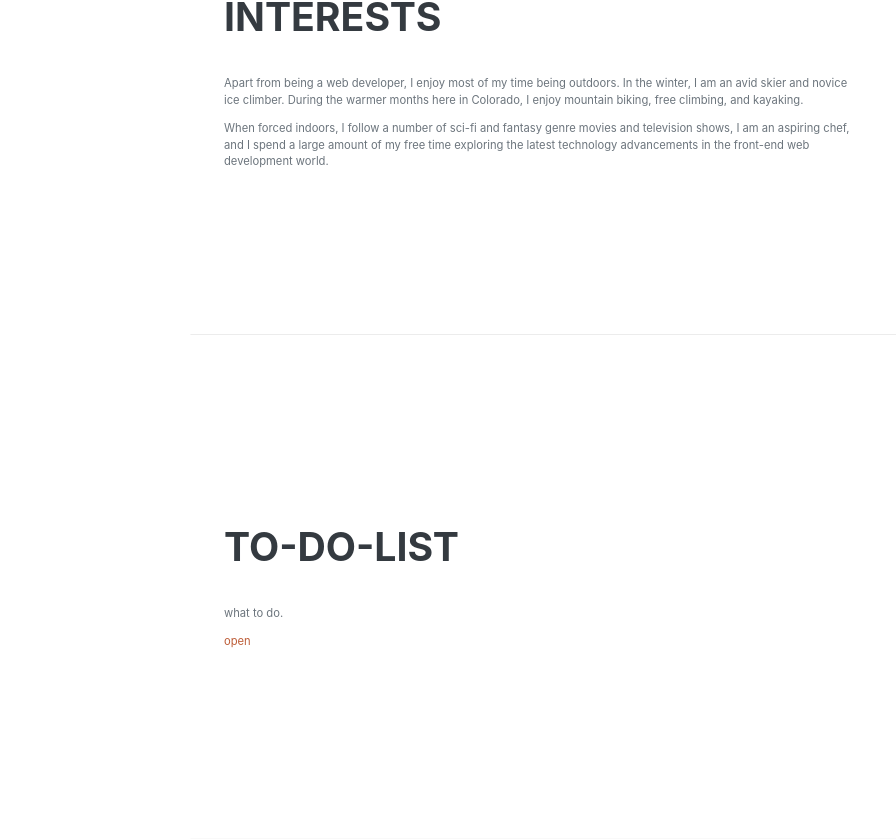
Repository: minsuk1/portfolio
Page: index.html
These files come from the project's save history. The page is drawn as it stood at one moment and after the next save; the edit follows.
The browser window is 1280 px wide. The pictures show the part of the page from y = 3396 to 5316 px (the page is 4595 px tall before and 5316 px after), at 70% of full size.
Some web fonts or font styles are not loaded; a fallback is used.

Above is the page before, as saved 2021-01-01 11:39:37.

After the next save:
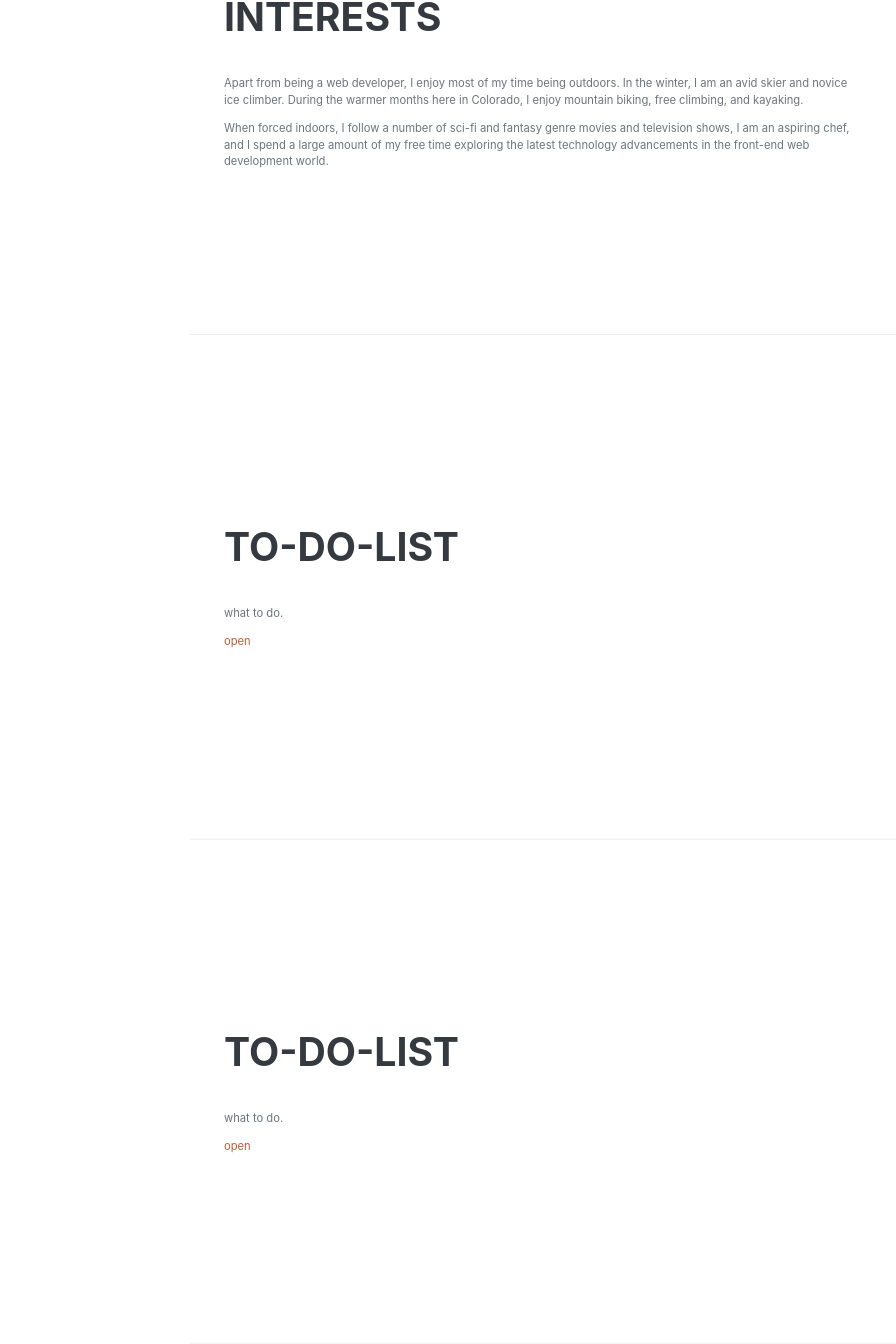
Saved 2 min 21 s later.
--- a/index.html
+++ b/index.html
@@ -178,6 +178,26 @@
             <hr class="m-0" />
 
 
+            <!-- 후원-->
+            <section class="resume-section" id="to-do-list">
+                <div class="resume-section-content">
+                    <h2 class="mb-5">to-do-list</h2>
+                    <p>what to do.</p>
+                    <a href="#" data-popup-open="example">open</a>
+                    <div class="popup" data-popup="example">
+                        <div class="popup-inner">
+                        <div class="popup-contents">
+                        <a class="popup-close" data-popup-close="example" href="#">X</a>
+                        할일
+                        </div>
+                        </div>
+                    </div>
+                </div>
+            </section>
+            <hr class="m-0" />
+
+
+
         </div>
         <!-- Bootstrap core JS-->
         <script src="https://cdnjs.cloudflare.com/ajax/libs/jquery/3.5.1/jquery.min.js"></script>
